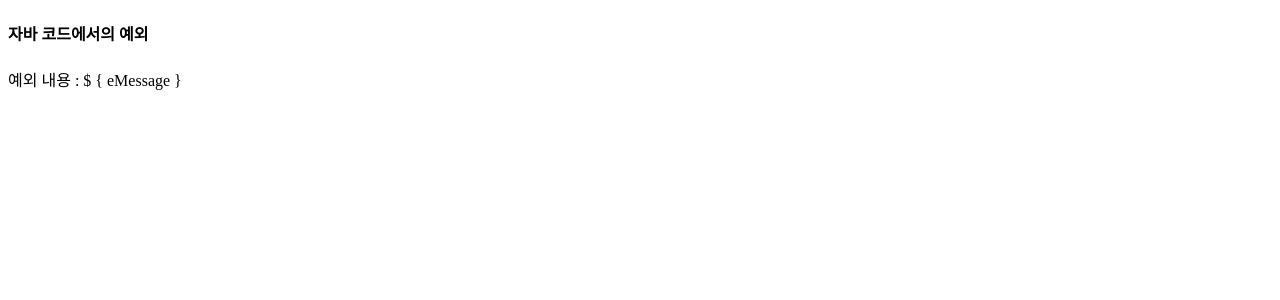
Repository: SteelIndustry/neo
Page: http://localhost/HelloWorld/11JSTL/core/Catch.jsp
The author's editor kept a copy of each file at every save. The page is drawn from the files as they stood at one save, then again after the next save.
The browser window is 1280 px wide. The pictures show the whole page.
The page is served by Tomcat 9. Other server files are loaded and not shown.

Above is the page before, as saved 2022-09-09 11:07:16.

### WebJSP/HelloWorld/WebContent/11JSTL/core/Catch.jsp
<%@ page language="java" contentType="text/html; charset=UTF-8"
    pageEncoding="UTF-8"
    trimDirectiveWhitespaces="true"%>
<%@ taglib prefix="c" uri="http://java.sun.com/jsp/jstl/core" %>
<!DOCTYPE html>
<html>
<head>
<meta charset="UTF-8">
<title>JSTL - catch</title>
</head>
<body>
	<h4>자바 코드에서의 예외</h4>
	<%
	int num1 = 100;
	%>
	<c:catch var="eMessage">
		<%
		int result = num1 / 0;
		%>
	</c:catch>
	예외 내용 : $ { eMessage }
</body>
</html>

After the next save:
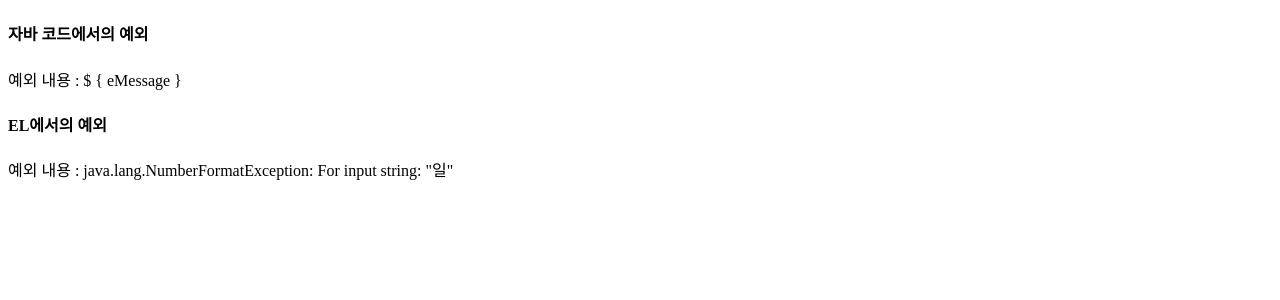
Saved 49 s later.
--- a/WebJSP/HelloWorld/WebContent/11JSTL/core/Catch.jsp
+++ b/WebJSP/HelloWorld/WebContent/11JSTL/core/Catch.jsp
@@ -19,5 +19,13 @@
 		%>
 	</c:catch>
 	예외 내용 : $ { eMessage }
+
+	<h4>EL에서의 예외</h4>
+	<c:set var="num2" value="200"/>
+
+	<c:catch var="eMessage">
+		${"일" + num2 }
+	</c:catch>
+	예외 내용 : ${eMessage }
 </body>
 </html>
